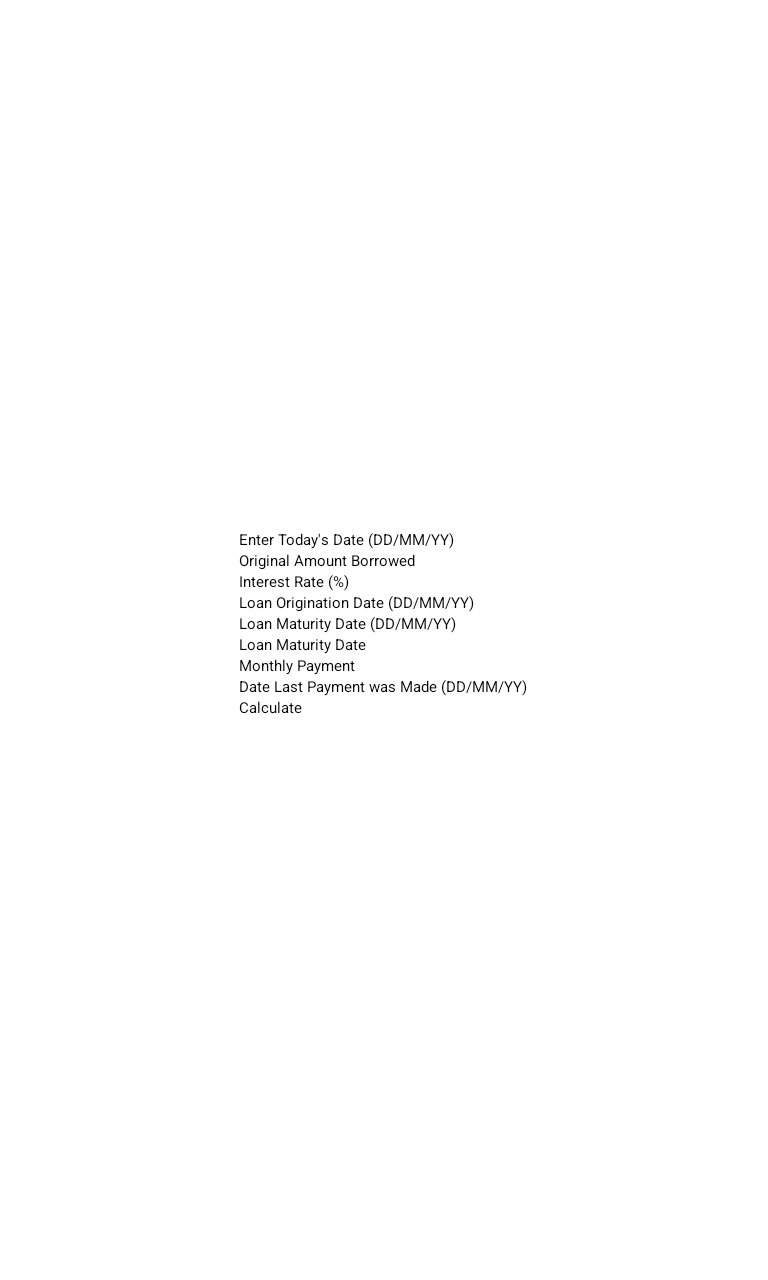
Repository: missxlian/angelHackSac
Layout: workspace/NoteHack/res/layout/fragment_section_launchpad.xml
The author's editor kept a copy of each file at every save. The layout is drawn from the files as they stood at one save, then again after the next save.
It is drawn on a 768 x 1280 px phone screen (xhdpi) without system bars, with theme AppTheme; the app's code is not run.

Above is the layout before, as saved 2013-12-01 04:23:27.

After the next save:
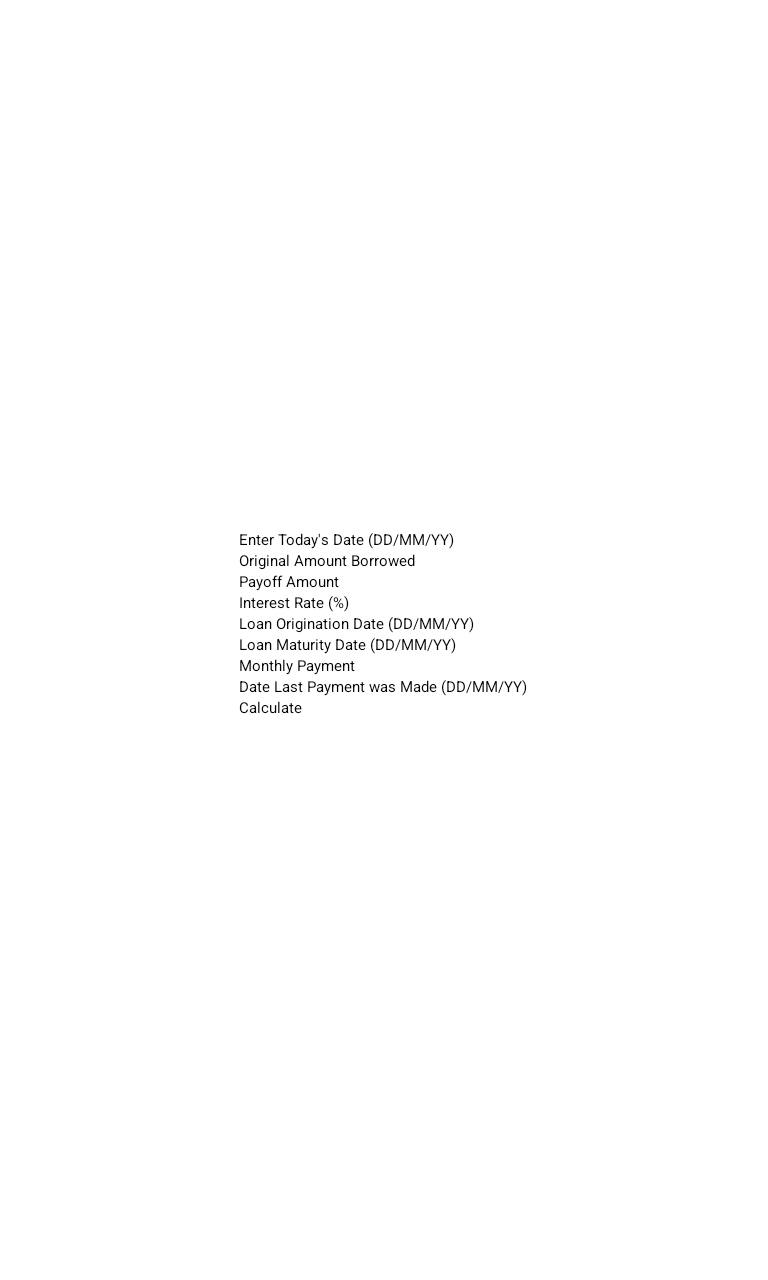
Saved 12 min 37 s later.
--- a/workspace/NoteHack/res/layout/fragment_section_launchpad.xml
+++ b/workspace/NoteHack/res/layout/fragment_section_launchpad.xml
@@ -41,6 +41,14 @@
         />
 
         <EditText
+            android:id="@+id/payoff"
+            android:layout_width="match_parent"
+            android:layout_height="wrap_content"
+            android:inputType="numberDecimal"
+            android:hint="Payoff Amount"
+         />
+
+        <EditText
             android:id="@+id/interestRate"
             android:layout_width="match_parent"
             android:layout_height="wrap_content"
@@ -64,13 +72,6 @@
             android:hint="Loan Maturity Date (DD/MM/YY)"
              />
 
-        <EditText
-            android:id="@+id/matDate"
-            android:layout_width="match_parent"
-            android:layout_height="wrap_content"
-            android:inputType="date"
-            android:hint="Loan Maturity Date"
-            />
 
         <EditText
             android:id="@+id/monPay"
